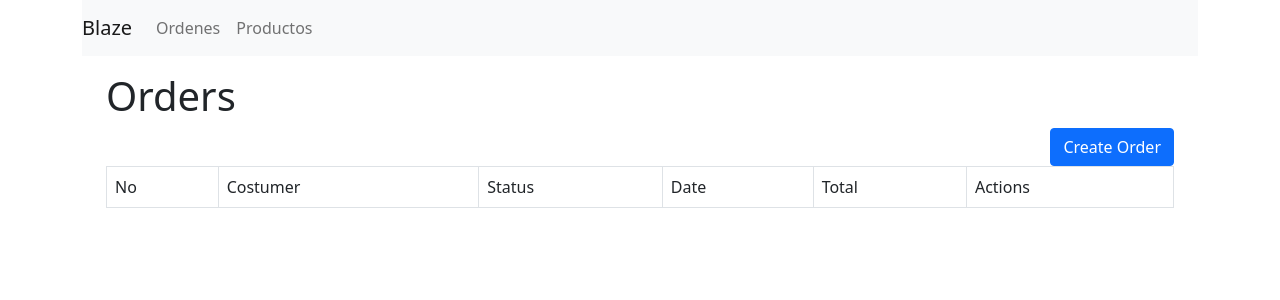
Repository: Isamae/Fractal
Page: /orders (app in frond/)
The author's editor kept a copy of each file at every save. The page is drawn from the files as they stood at one save, then again after the next save.
The browser window is 1280 px wide. The pictures show the whole page.
The page's requests for data from a server got no answer. The project was rebuilt for these pictures with package versions that can differ from the ones it lists, and the page was loaded fresh each time. No one was signed in, and anything a server would have sent is missing. Also part of the build but not shown: frond/src/App.css, frond/src/components/ProductComponent.js.

Above is the page before, as saved 2021-09-16 15:42:24.

After the next save:
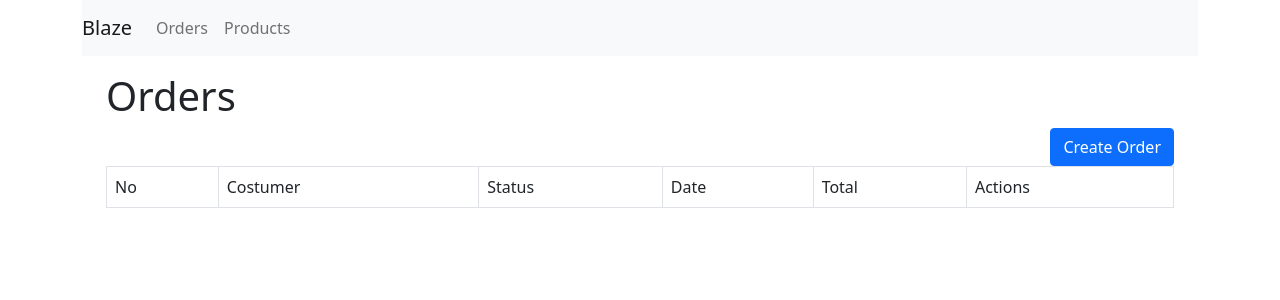
Saved 53 s later.
--- a/frond/src/App.js
+++ b/frond/src/App.js
@@ -18,12 +18,12 @@ class App extends Component {
               <div className="navbar-nav mr-auto">
                   <li className="nav-item">
                       <Link to={"/orders"} className="nav-link">
-                          Ordenes
+                          Orders
                       </Link>
                   </li>
                   <li className="nav-item">
                       <Link to={"/products"} className="nav-link">
-                        Productos
+                        Products
                       </Link>
                   </li>
               </div>
